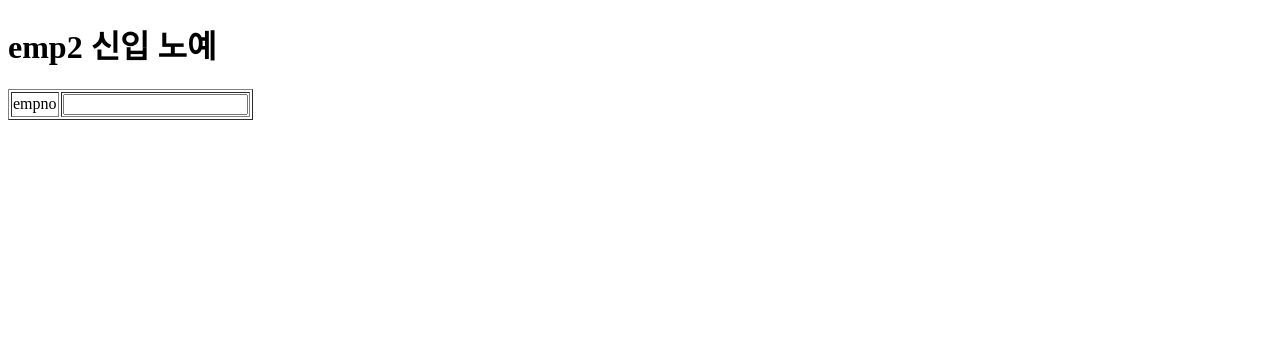
Repository: JaeWon-Sim/Project
Page: workspace_java/_3_1project_emp/src/main/webapp/signup.html
An editor plug-in stored every save of this project. The page is shown before and after the next save, followed by the edit.
The browser window is 1280 px wide. The pictures show the whole page.

Above is the page before, as saved 2025-08-20 07:26:08.

After the next save:
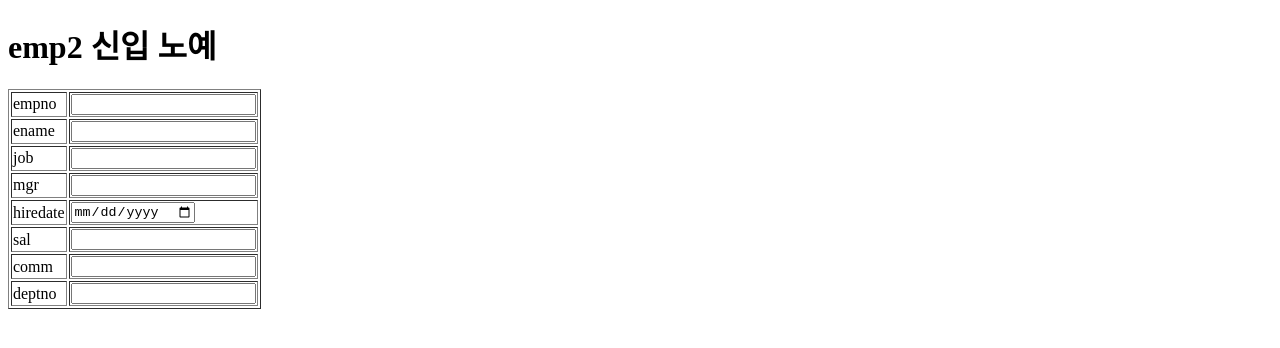
Saved 4 min 3 s later.
--- a/workspace_java/_3_1project_emp/src/main/webapp/signup.html
+++ b/workspace_java/_3_1project_emp/src/main/webapp/signup.html
@@ -12,6 +12,34 @@
 			<td>empno</td>
 			<td><input type="text" name="empno"></td>
 		</tr>
+		<tr>
+			<td>ename</td>
+			<td><input type="text" name="ename"></td>
+		</tr>
+		<tr>
+			<td>job</td>
+			<td><input type="text" name="job"></td>
+		</tr>
+		<tr>
+			<td>mgr</td>
+			<td><input type="text" name="mgr"></td>
+		</tr>
+		<tr>
+			<td>hiredate</td>
+			<td><input type="date" name="hiredate"></td>
+		</tr>
+		<tr>
+			<td>sal</td>
+			<td><input type="text" name="sal"></td>
+		</tr>
+		<tr>
+			<td>comm</td>
+			<td><input type="text" name="comm"></td>
+		</tr>
+		<tr>
+			<td>deptno</td>
+			<td><input type="text" name="deptno"></td>
+		</tr>
 	</table>
 </form>
 </body>
